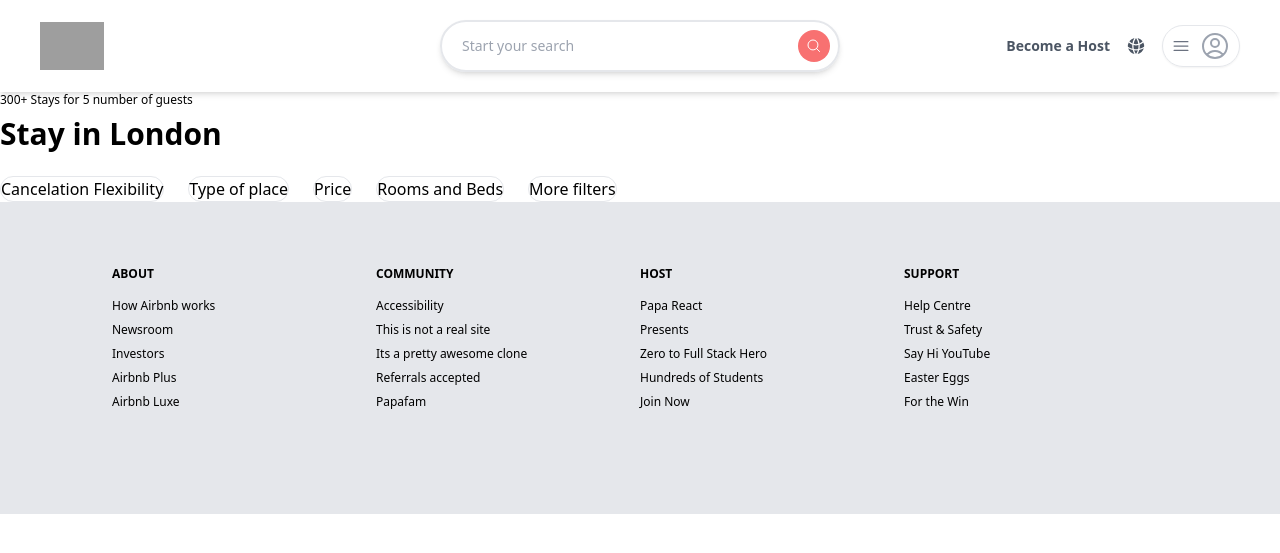
Repository: lakshithapramodya/airbnb
Page: /search
These files come from the project's save history. The page is drawn as it stood at one moment and after the next save; the edit follows.
The browser window is 1280 px wide. The pictures show the whole page.
Pictures or frames that could not be fetched are drawn as grey boxes. The project was rebuilt for these pictures with package versions that can differ from the ones it lists, and the page was loaded fresh each time. The framework's server and built-in components were replaced by stand-ins that run in the browser. Also part of the build but not shown: next.config.js.

Above is the page before, as saved 2022-10-19 12:32:42.

After the next save:
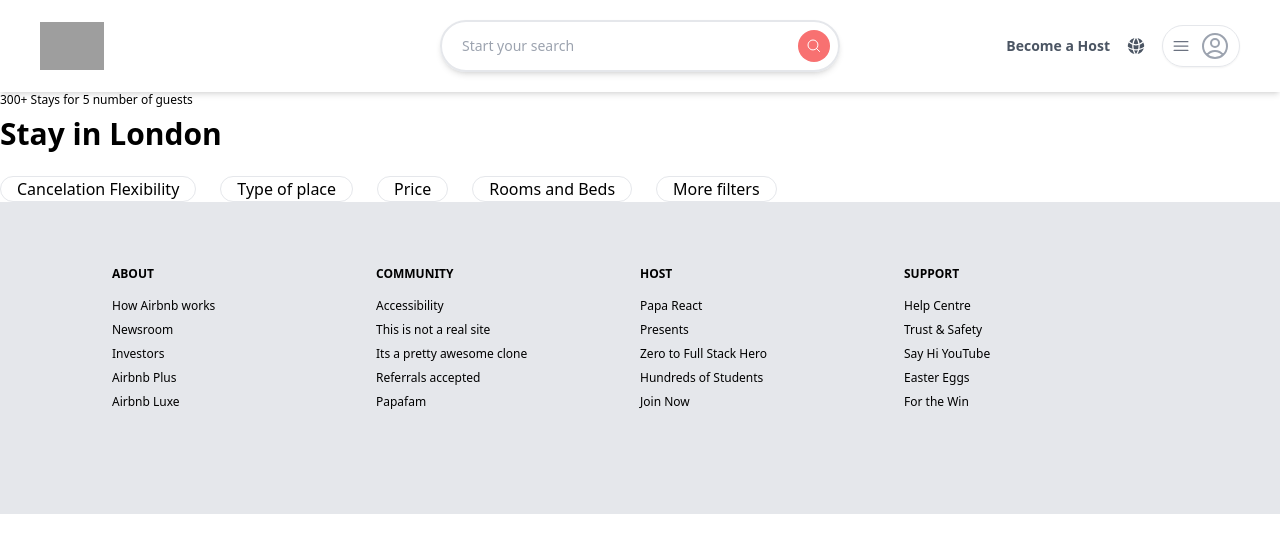
Saved 5 min 1 s later.
--- a/pages/search.js
+++ b/pages/search.js
@@ -13,11 +13,11 @@
           <h1 className="font-semibold text-3xl mt-2 mb-6">Stay in London</h1>
 
           <div className="space-x-6 hidden md:inline-flex">
-            <p className="border rounded-full">Cancelation Flexibility</p>
-            <p className="border rounded-full">Type of place</p>
-            <p className="border rounded-full">Price</p>
-            <p className="border rounded-full">Rooms and Beds</p>
-            <p className="border rounded-full">More filters</p>
+            <p className="border rounded-full px-4">Cancelation Flexibility</p>
+            <p className="border rounded-full px-4">Type of place</p>
+            <p className="border rounded-full px-4">Price</p>
+            <p className="border rounded-full px-4">Rooms and Beds</p>
+            <p className="border rounded-full px-4">More filters</p>
           </div>
         </section>
       </main>
